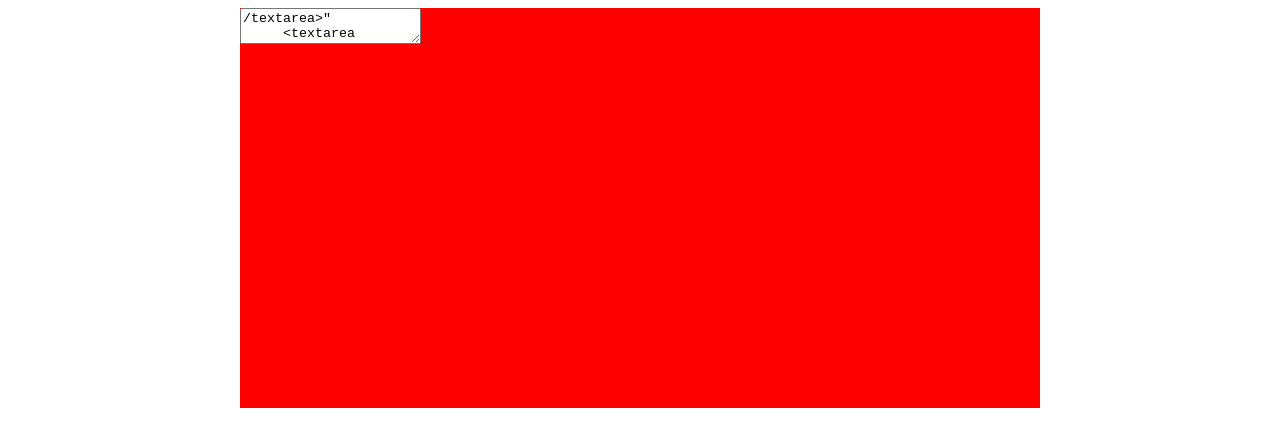
Repository: goalki/pension
Page: http://localhost/pension/etc/outer.jsp
These files come from the project's save history. The page is drawn as it stood at one moment and after the next save; the edit follows.
The browser window is 1280 px wide. The pictures show the whole page.
The page is served by Tomcat 9. Other server files are loaded and not shown.

Above is the page before, as saved 2021-01-19 07:53:32.

### pension/WebContent/etc/outer.jsp
<%@ page language="java" contentType="text/html; charset=UTF-8"
    pageEncoding="UTF-8"%>
<!DOCTYPE html>
<html>
<head>
<meta charset="UTF-8">
<title>Insert title here</title>
 <style>
   #inner {
     width:800px;
     height:400px;
     background:red;
     margin:auto;
   }
 </style>
</head>
<body>
  <div id="inner">
     <textarea class="imsi">/textarea>"
     <textarea class="imsi">/textarea>"
     <textarea class="imsi">/textarea>"
  </div>
</body>
</html>

After the next save:
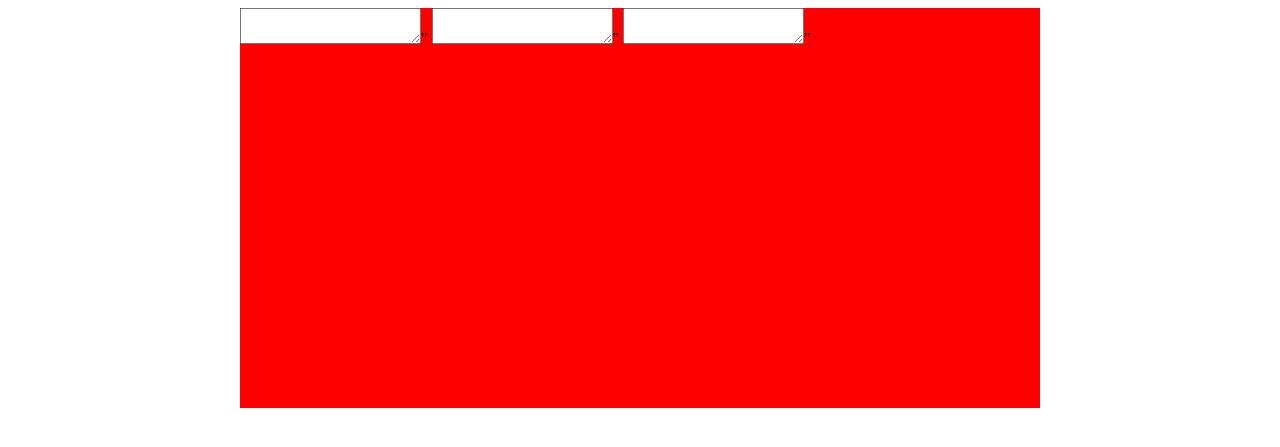
Saved 17 s later.
--- a/pension/WebContent/etc/outer.jsp
+++ b/pension/WebContent/etc/outer.jsp
@@ -16,9 +16,9 @@
 </head>
 <body>
   <div id="inner">
-     <textarea class="imsi">/textarea>"
-     <textarea class="imsi">/textarea>"
-     <textarea class="imsi">/textarea>"
+     <textarea class="imsi"></textarea>"
+     <textarea class="imsi"></textarea>"
+     <textarea class="imsi"></textarea>"
   </div>
 </body>
 </html>
